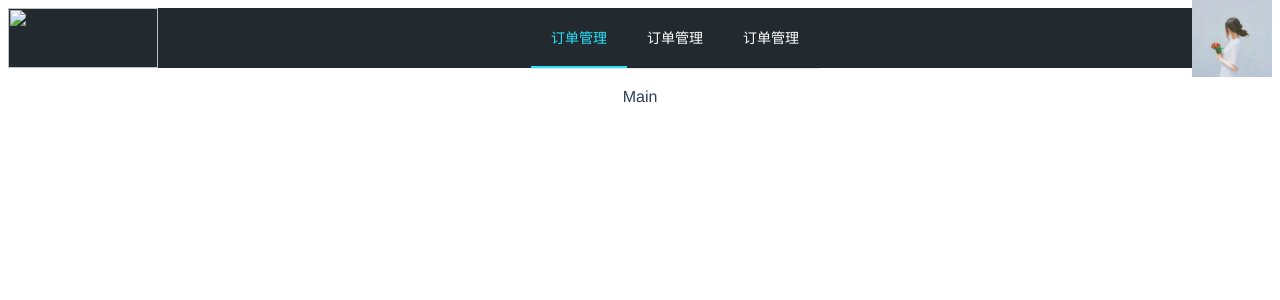
Repository: TheWomanLiketheWind/woodpecker
Page: /
The author's editor kept a copy of each file at every save. The page is drawn from the files as they stood at one save, then again after the next save.
The browser window is 1280 px wide. The pictures show the whole page.
The project was rebuilt for these pictures with package versions that can differ from the ones it lists, and the page was loaded fresh each time. Imported but missing from the stored project, and not drawn on this page: src/views/About.vue.

Above is the page before, as saved 2019-07-25 15:36:04.

After the next save:
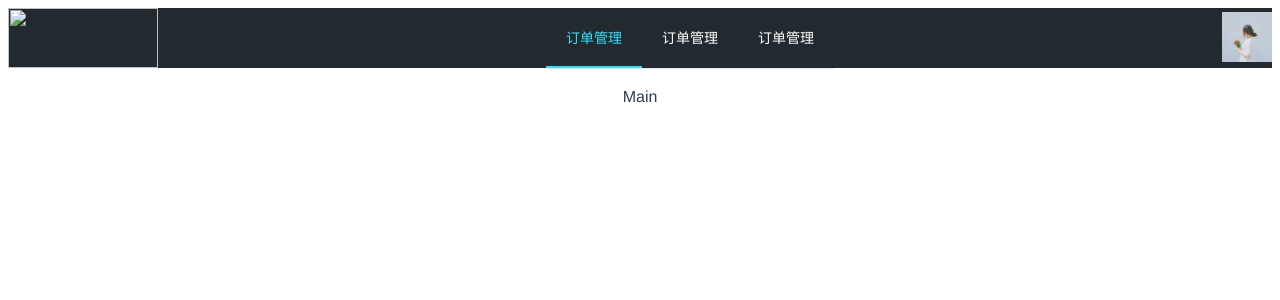
Saved 5 min 7 s later.
--- a/src/views/Home.vue
+++ b/src/views/Home.vue
@@ -73,8 +73,8 @@ export default class Home extends Vue {
     border: 0;
   }
   .drophead {
-    width: 80px;
-    height: 80px;
+    width: 50px;
+    height: 50px;
   }
 }
 </style>
